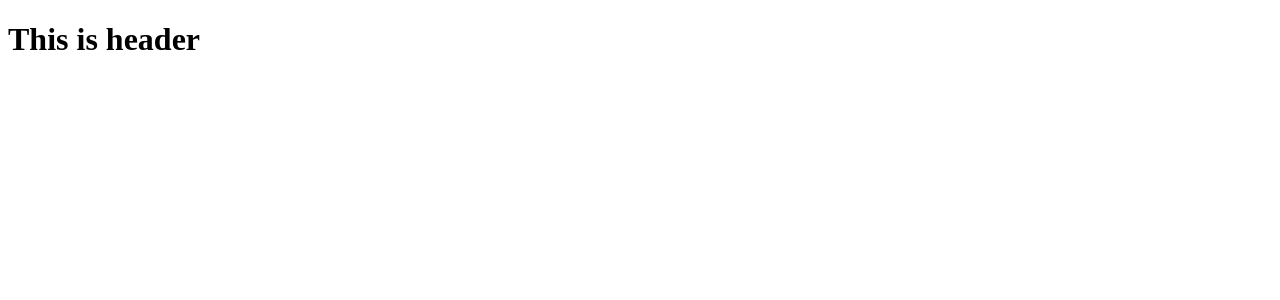
Repository: pradnyashinde20/Advance_Java
Page: JspDemo11/src/main/webapp/header.html
These files come from the project's save history. The page is drawn as it stood at one moment and after the next save; the edit follows.
The browser window is 1280 px wide. The pictures show the whole page.

Above is the page before, as saved 2025-11-25 10:10:03.

### JspDemo11/src/main/webapp/header.html
<!DOCTYPE html>
<html>
<head>
<meta charset="ISO-8859-1">
<title>Insert title here</title>
</head>
<body>
<h1>This is header</h1>
</body>
</html>

After the next save:
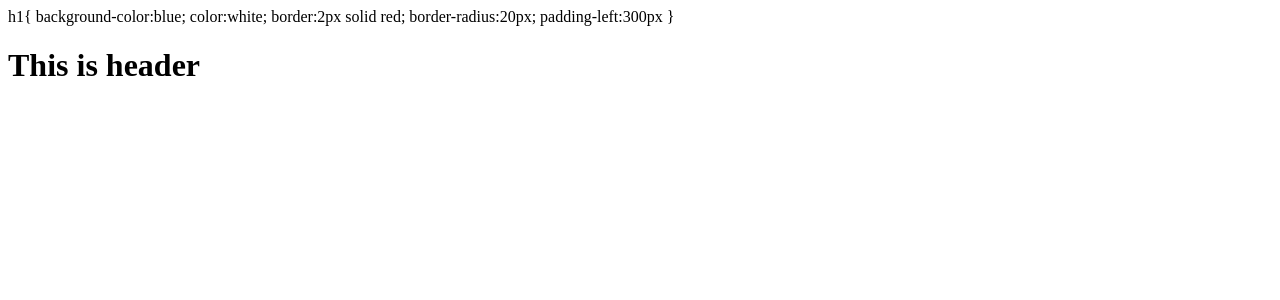
Saved 62 s later.
--- a/JspDemo11/src/main/webapp/header.html
+++ b/JspDemo11/src/main/webapp/header.html
@@ -3,6 +3,13 @@
 <head>
 <meta charset="ISO-8859-1">
 <title>Insert title here</title>
+     h1{
+     background-color:blue;
+     color:white;
+     border:2px solid red;
+     border-radius:20px;
+     padding-left:300px
+     }
 </head>
 <body>
 <h1>This is header</h1>
